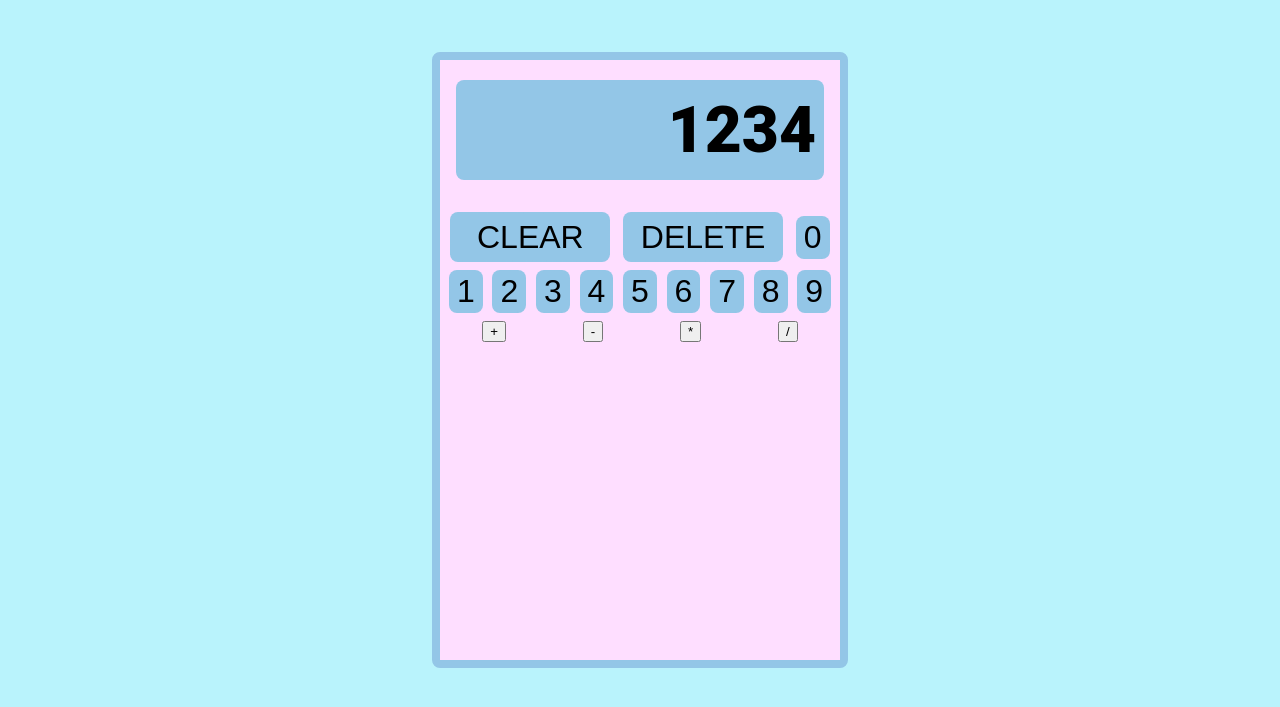
Repository: yeetzpxoci/calculator
Page: index.html
These files come from the project's save history. The page is drawn as it stood at one moment and after the next save; the edit follows.
The browser window is 1280 px wide. The pictures show the whole page.

Above is the page before, as saved 2023-02-04 16:58:30.

After the next save:
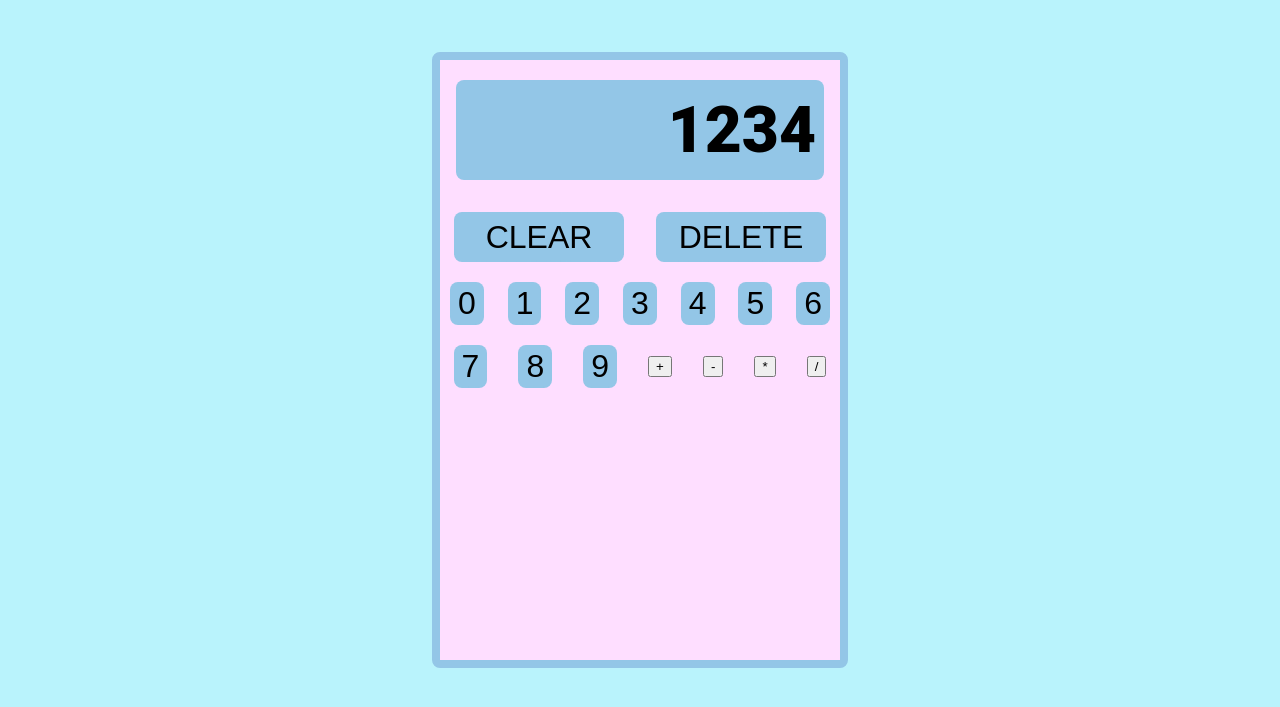
Saved 95 s later.
--- a/style.css
+++ b/style.css
@@ -42,14 +42,14 @@ html, body {
     flex-wrap: wrap;
     align-items: center;
     justify-content: space-around;
-    gap: 8px;
+    gap: 20px;
     margin: 8px;
 }
 
 .clear-button, .delete-button {
     font-size: 32px;
     height: 50px;
-    width: 160px;
+    width: 170px;
     border-style: dashed;
     border-radius: 8px;
     border-color: #93C6E7;
